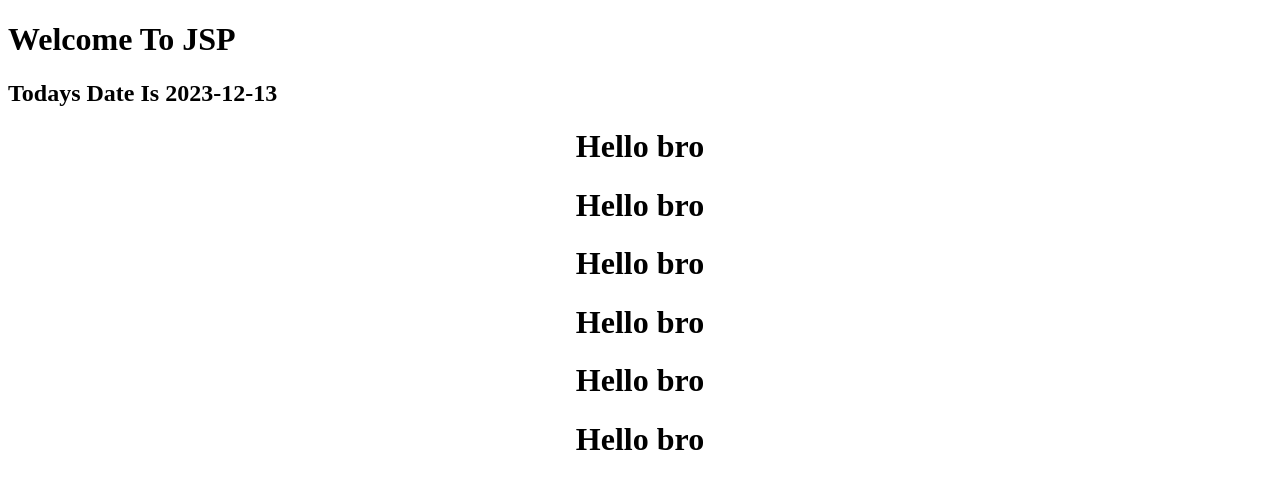
Repository: yashdpatil/Advanced_java
Page: http://localhost/MVC/Hello.jsp
The author's editor kept a copy of each file at every save. The page is drawn from the files as they stood at one save, then again after the next save.
The browser window is 1280 px wide. The pictures show the whole page.
The page is served by Tomcat 9.

Above is the page before, as saved 2023-12-14 04:41:14.

After the next save:
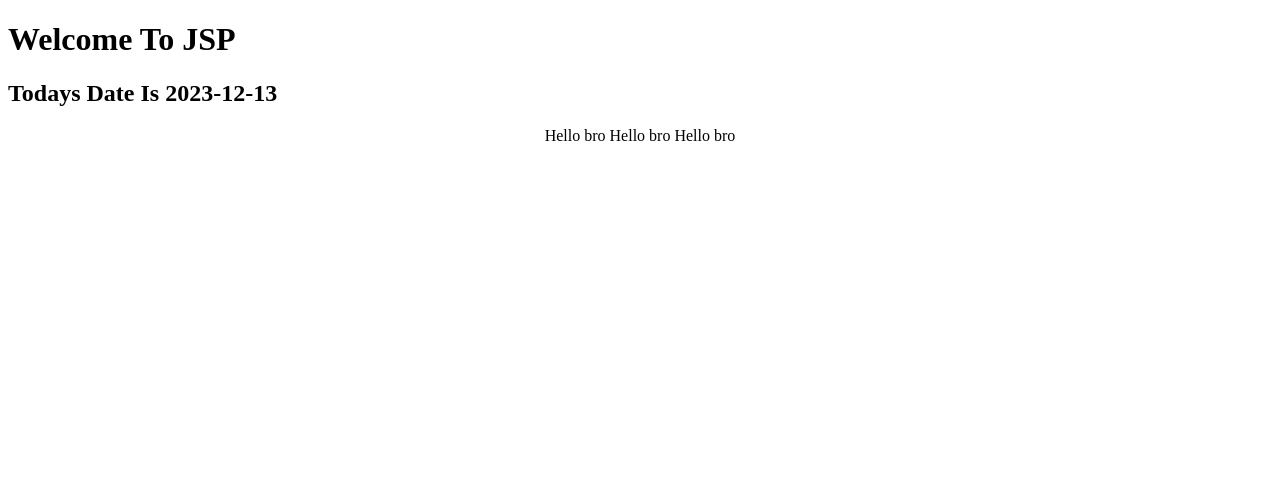
Saved 2 min 3 s later.
--- a/MVC/src/main/webapp/Hello.jsp
+++ b/MVC/src/main/webapp/Hello.jsp
@@ -16,6 +16,7 @@
 <%
 for(int i =0;i<6;i++){
 %>
+<font size="<% %>
 <h1> Hello bro</h1>
 <%
 }
